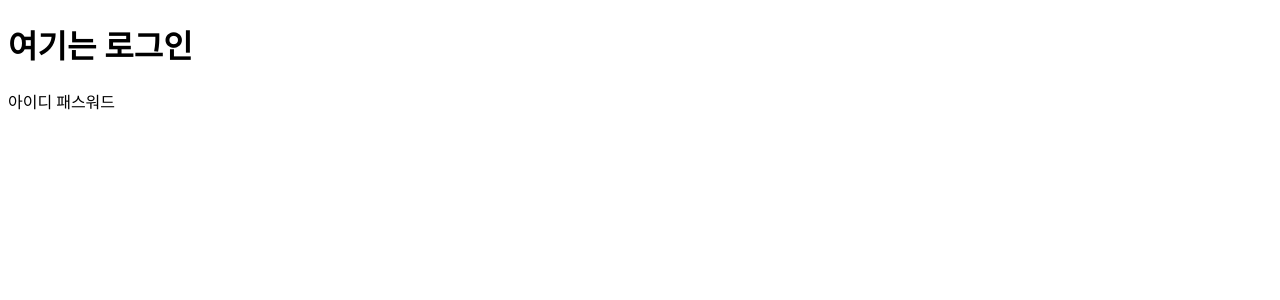
Repository: SeungwanHong/Web-jsp-
Page: http://localhost/Board2_20170406/login.jsp
These files come from the project's save history. The page is drawn as it stood at one moment and after the next save; the edit follows.
The browser window is 1280 px wide. The pictures show the whole page.
The page is served by Tomcat 9.

Above is the page before, as saved 2017-04-06 05:28:19.

After the next save:
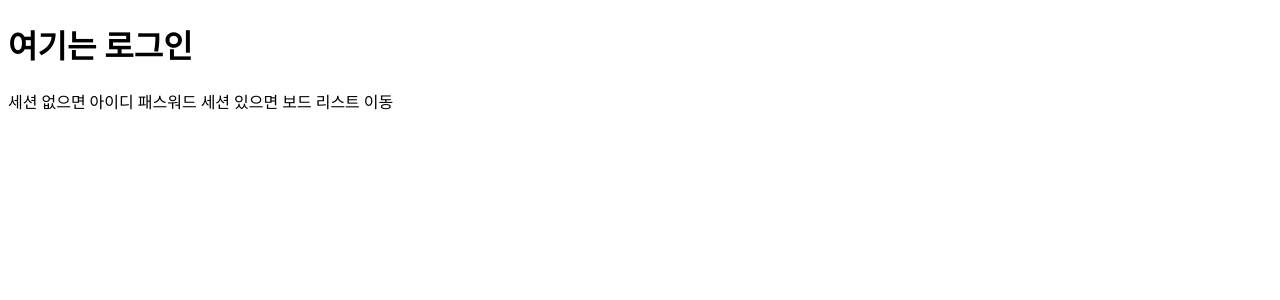
Saved 71 s later.
--- a/Board2_20170406/WebContent/login.jsp
+++ b/Board2_20170406/WebContent/login.jsp
@@ -4,11 +4,14 @@
 <html>
 <head>
 <meta http-equiv="Content-Type" content="text/html; charset=EUC-KR">
-<title>Insert title here</title>
+<title>Board</title>
 </head>
 <body>
 <h1>여기는 로그인</h1>
+세션 없으면
 아이디
 패스워드
+세션 있으면
+보드 리스트 이동
 </body>
 </html>
